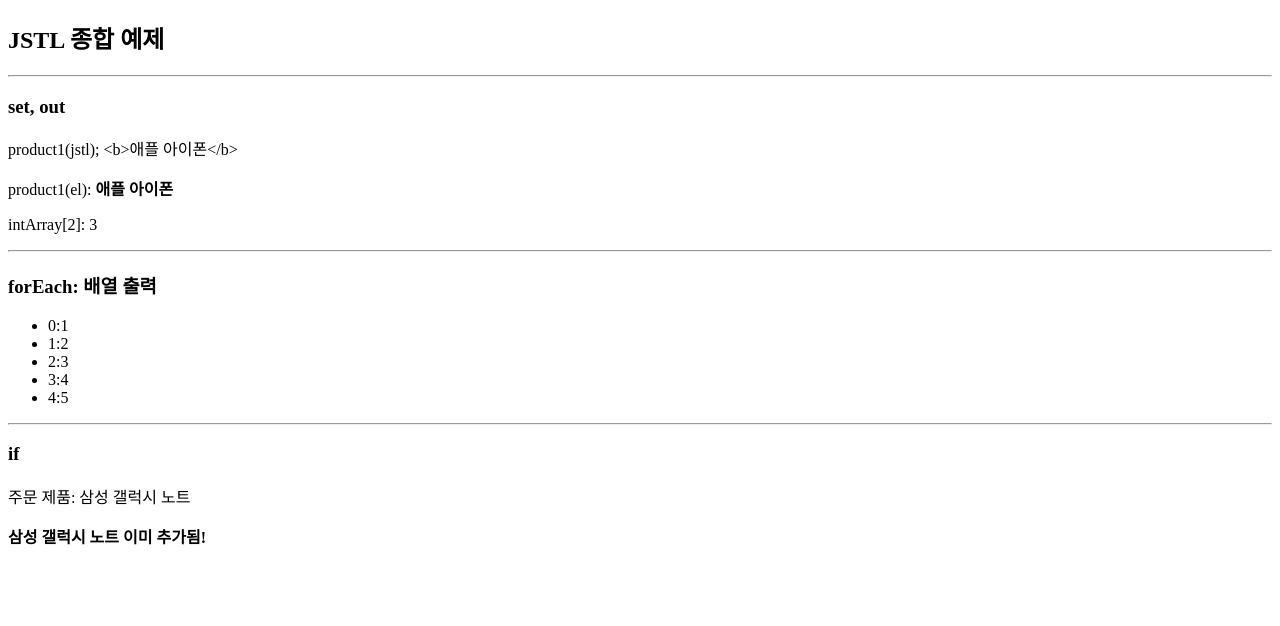
Repository: gold9387/jwbook
Page: http://localhost/jwbook/ch07/jstlExam.jsp
An editor plug-in stored every save of this project. The page is shown before and after the next save, followed by the edit.
The browser window is 1280 px wide. The pictures show the whole page.
The page is served by Tomcat 9.

Above is the page before, as saved 2023-06-06 08:35:30.

After the next save:
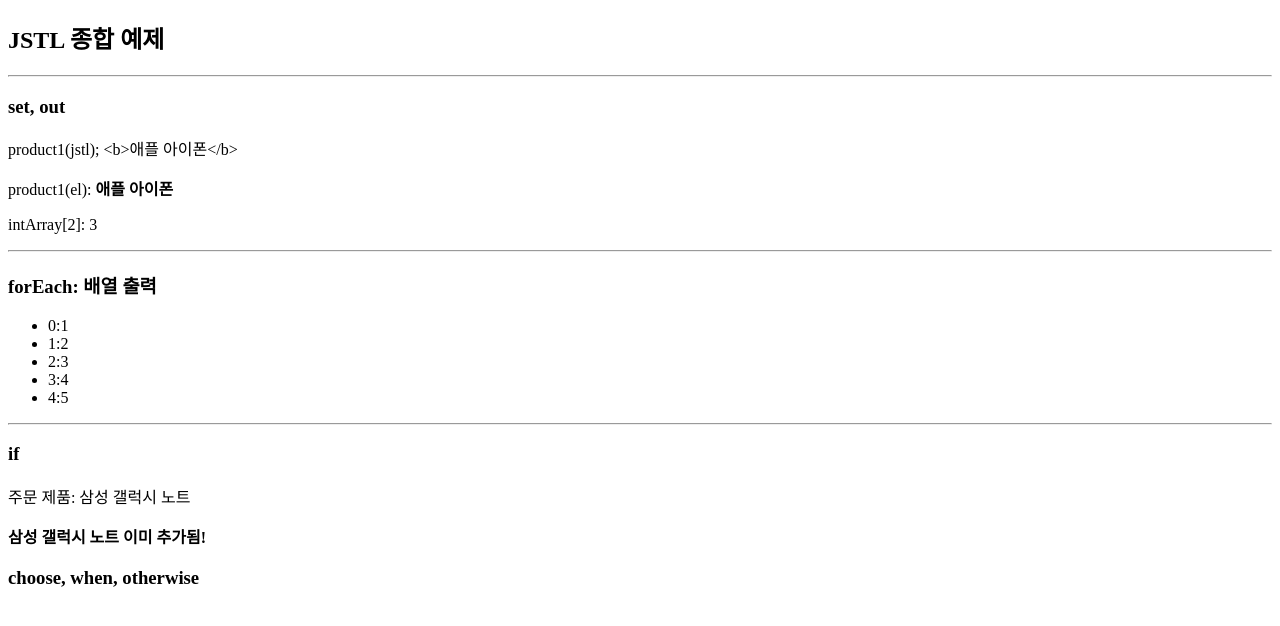
Saved 52 s later.
--- a/jwbook/src/main/webapp/ch07/jstlExam.jsp
+++ b/jwbook/src/main/webapp/ch07/jstlExam.jsp
@@ -45,5 +45,7 @@
 			<b>${product2} 이미 추가됨!</b>
 		</p>
 	</c:if>
+	<!-- choose, when, otherwise -->
+	<h3>choose, when, otherwise</h3>
 </body>
 </html>
